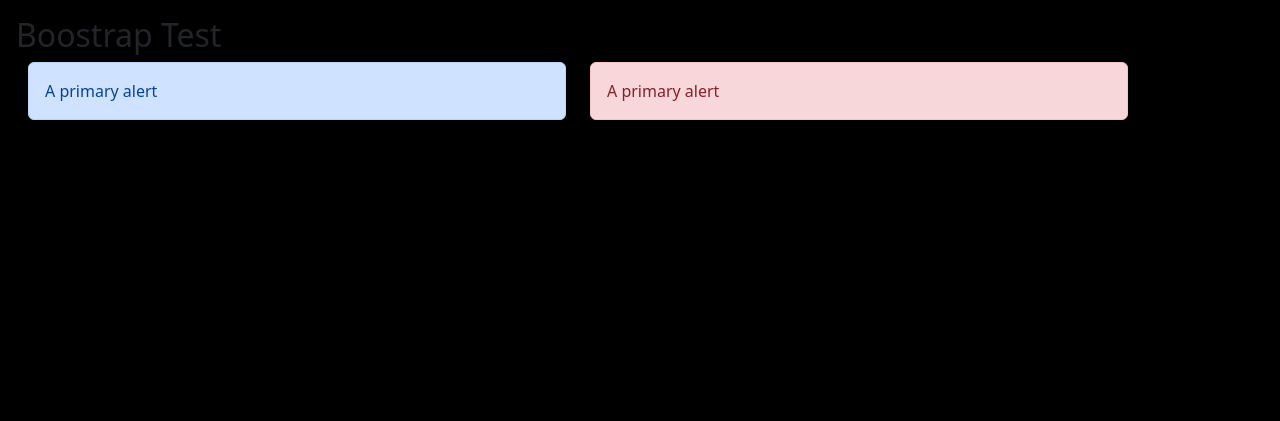
Repository: feyroozecode/meta_backed_dev_coursera
Page: boostrap_test/index.html
An editor plug-in stored every save of this project. The page is shown before and after the next save, followed by the edit.
The browser window is 1280 px wide. The pictures show the whole page.

Above is the page before, as saved 2023-07-06 23:18:46.

After the next save:
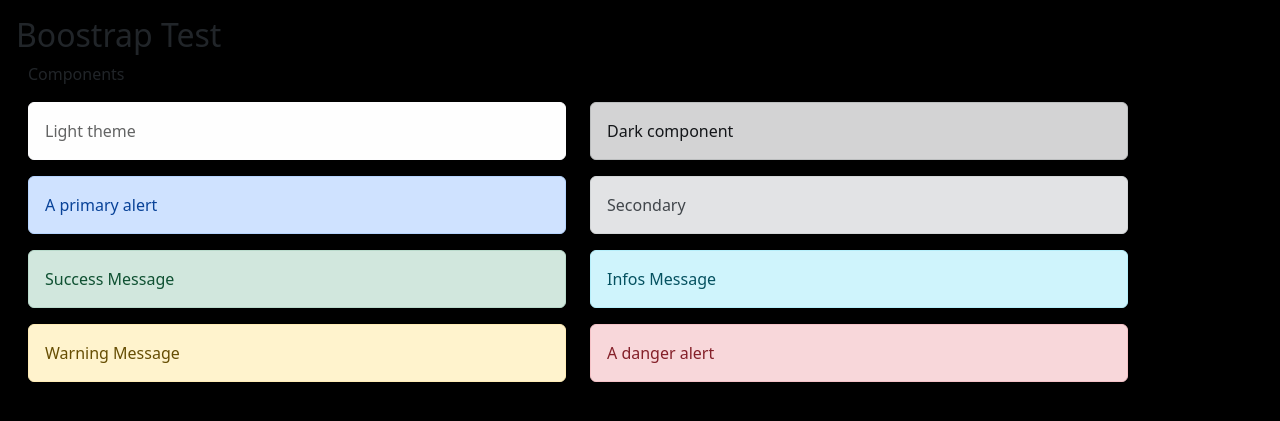
Saved 6 min 32 s later.
--- a/boostrap_test/index.html
+++ b/boostrap_test/index.html
@@ -15,7 +15,22 @@
         <h2>Boostrap Test</h2>
 
         <div class="container">
+
+            <p class="text-light-400 ">
+               Components
+            </p>
             <div class="row">
+                <div class="col-lg-6">
+                    <div class="alert alert-light" role="alert">
+                       Light theme
+                    </div>
+                </div>
+                <div class="col-lg-6">
+                    <div class="alert alert-dark" role="alert">
+                     Dark component
+                    </div>
+                </div>
+
                 <div class="col-lg-6">
                     <div class="alert alert-primary" role="alert">
                         A primary alert
@@ -23,8 +38,32 @@
                 </div>
 
                 <div class="col-lg-6">
+                    <div class="alert alert-secondary" >
+                        Secondary
+                    </div>
+                </div>
+
+                <div class="col-lg-6">
+                    <div class="alert alert-success" >
+                        Success Message
+                    </div>
+                </div>
+
+                <div class="col-lg-6">
+                    <div class="alert alert-info" >
+                        Infos Message
+                    </div>
+                </div>
+
+                <div class="col-lg-6">
+                    <div class="alert alert-warning" role="alert">
+                       Warning Message
+                    </div>
+                </div>
+
+                <div class="col-lg-6">
                     <div class="alert alert-danger" role="alert">
-                        A primary alert
+                        A danger alert
                     </div>
                 </div>
 
